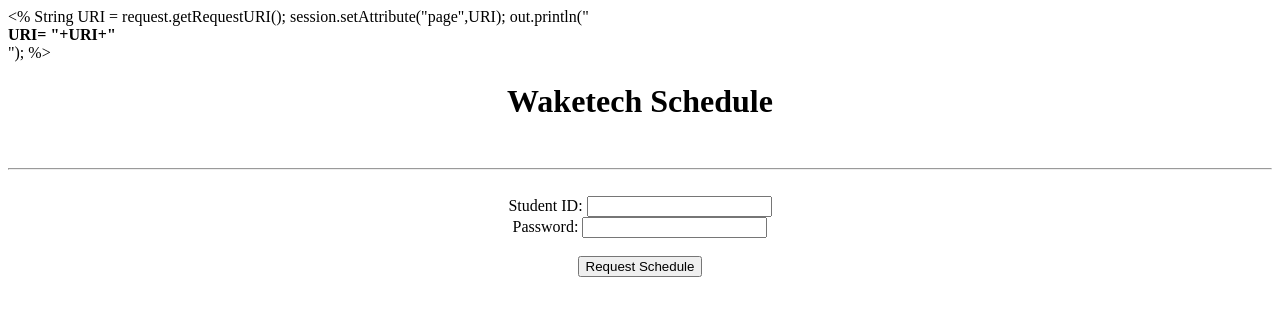
Repository: weshayutin/java258Online
Page: workspace/Week5Assignment2/WebContent/scheduleForm.html
The author's editor kept a copy of each file at every save. The page is drawn from the files as they stood at one save, then again after the next save.
The browser window is 1280 px wide. The pictures show the whole page.

Above is the page before, as saved 2011-02-16 02:47:09.

After the next save:
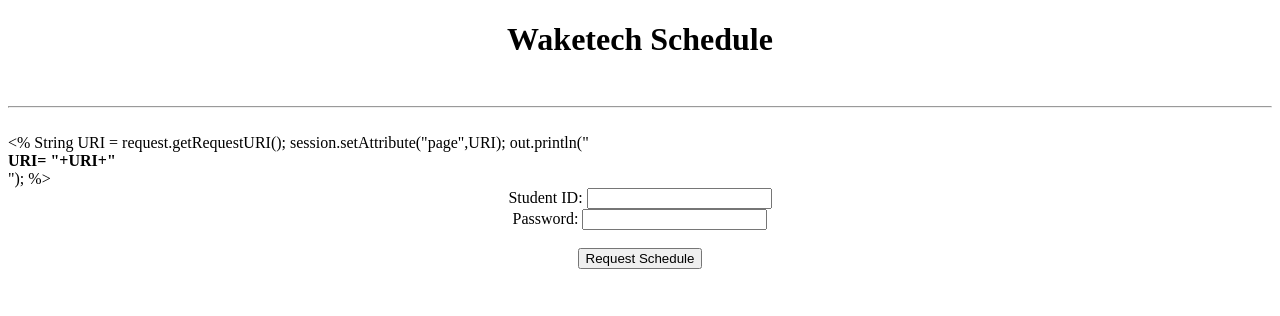
Saved 9 s later.
--- a/workspace/Week5Assignment2/WebContent/scheduleForm.html
+++ b/workspace/Week5Assignment2/WebContent/scheduleForm.html
@@ -5,16 +5,17 @@
 <title>Waketech Schedule</title>
 </head>
 <body>
+
+
+<h1 align="center"> Waketech Schedule</h1>
+<br>
+<hr/>
+<br>
 <%
     String URI = request.getRequestURI();
     session.setAttribute("page",URI);
     out.println("<br><b> URI= "+URI+"</b><br>");
 %>
-
-<h1 align="center"> Waketech Schedule</h1>
-<br>
-<hr/>
-<br>
 <center>
 
 
